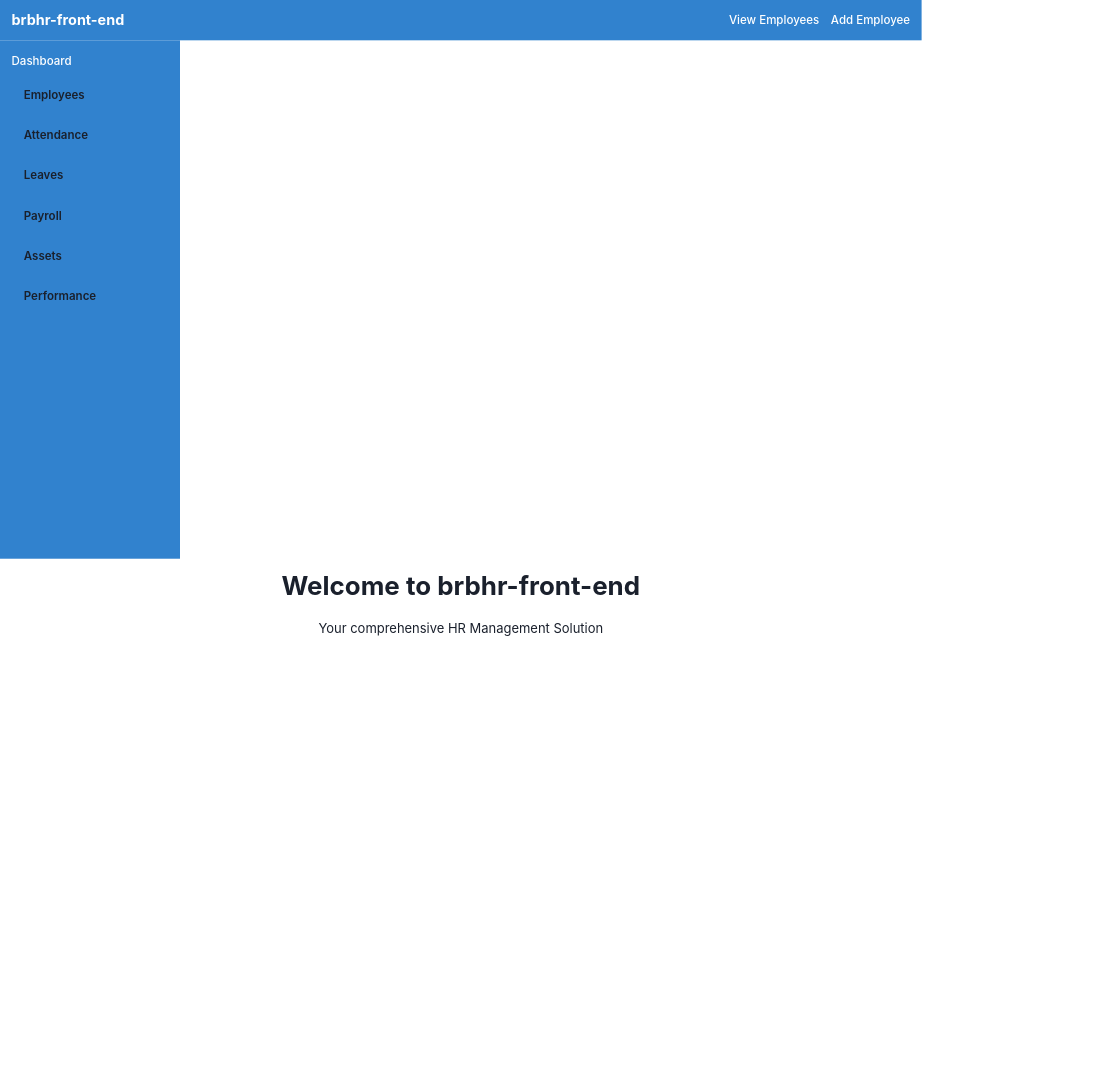
Repository: apipulse/brbhr-frontend
Page: /
An editor plug-in stored every save of this project. The page is shown before and after the next save, followed by the edit.
The browser window is 1280 px wide. The page is 1280 px wide, then 1530 px, so the pictures cover 1530 px, including what lies to the right of the window. The pictures show the whole page, at 72% of full size.
The project was rebuilt for these pictures with package versions that can differ from the ones it lists, and the page was loaded fresh each time. Also part of the build but not shown: vite.config.js, src/services/axiosInstance.js, src/services/EmployeeService.js, src/components/employee/EmployeeList.jsx, src/components/employee/AddEmployee.jsx, src/services/LeaveService.js, src/components/employee/LeaveList.jsx, src/components/employee/LeaveForm.jsx.

Above is the page before, as saved 2024-01-19 20:47:13.

After the next save:
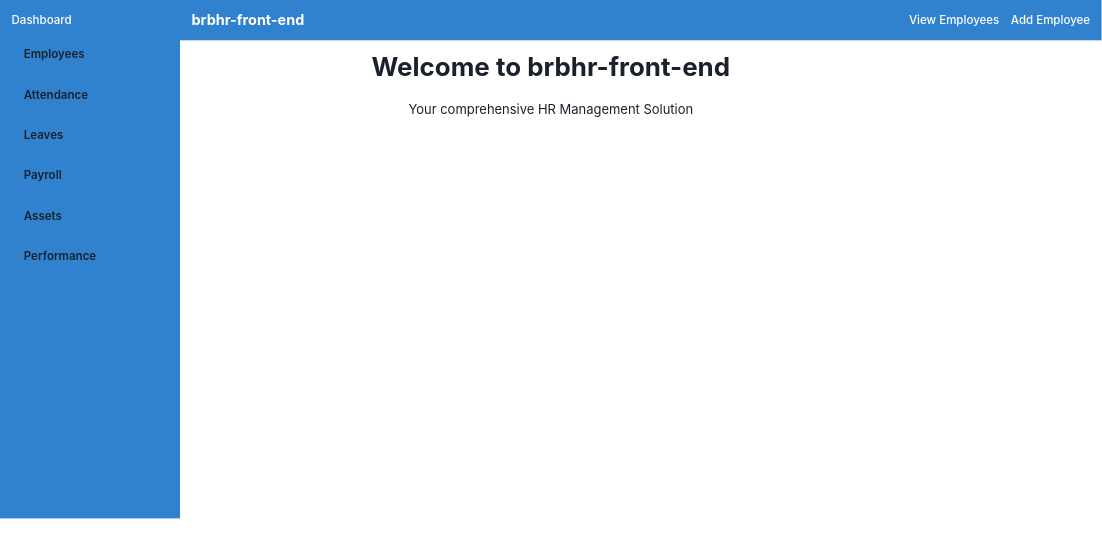
Saved 2 min 5 s later.
--- a/src/App.jsx
+++ b/src/App.jsx
@@ -1,5 +1,5 @@
 import React from 'react';
-import { ChakraProvider } from '@chakra-ui/react';
+import { ChakraProvider, Flex } from '@chakra-ui/react';
 import { BrowserRouter as Router, Route, Routes } from 'react-router-dom';
 import NavBar from './components/layout/NavBar';
 import SideBar from './components/layout/SideBar';
@@ -13,16 +13,20 @@ const App = () => {
   return (
     <ChakraProvider>
       <Router>
-        <NavBar />
-        <SideBar/>
-        <Routes>
-          <Route exact path="/" element={<Home />} />
-          <Route path="/employees" element={<EmployeeList />} />
-          <Route path="/add-employee" element={<AddEmployee />} />
-          <Route path="/leaves" element={<LeaveList />} />
-          <Route path="/add-leave" element={<LeaveForm />} />
-          {/* Add more routes as needed */}
-        </Routes>
+        <Flex>
+          <SideBar />
+          <Flex flexDirection="column" width="calc(100vw - 250px)"> {/* Adjust the width */}
+            <NavBar />
+            <Routes>
+              <Route exact path="/" element={<Home />} />
+              <Route path="/employees" element={<EmployeeList />} />
+              <Route path="/add-employee" element={<AddEmployee />} />
+              <Route path="/leaves" element={<LeaveList />} />
+              <Route path="/add-leave" element={<LeaveForm />} />
+              {/* Add more routes as needed */}
+            </Routes>
+          </Flex>
+        </Flex>
       </Router>
     </ChakraProvider>
   );
